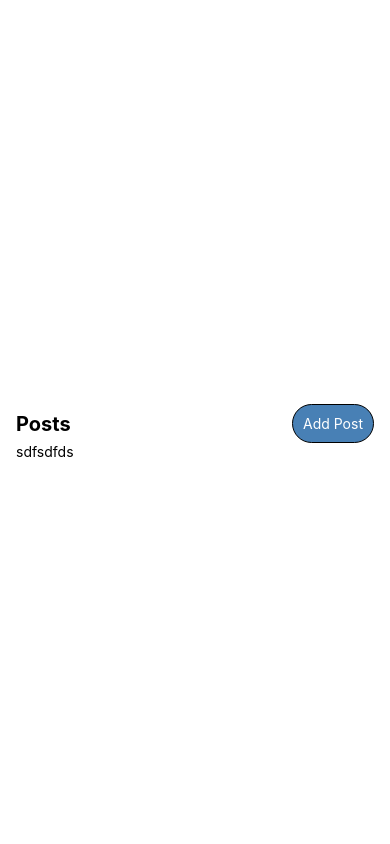
Repository: ntu34543/React-Native
Screen: / (app in demo/)
These files come from the project's save history. The screen is drawn as it stood at one moment and after the next save; the edit follows.
The page's requests for data from a server got no answer. The app was drawn by React Native's web renderer in a window 390 px wide. The project was rebuilt for these pictures with package versions that can differ from the ones it lists, and the page was loaded fresh each time. No one was signed in, and anything a server would have sent is missing. Also part of the build but not shown: demo/src/components/PostCardItem.js.

Above is the screen before, as saved 2022-09-13 15:00:01.

After the next save:
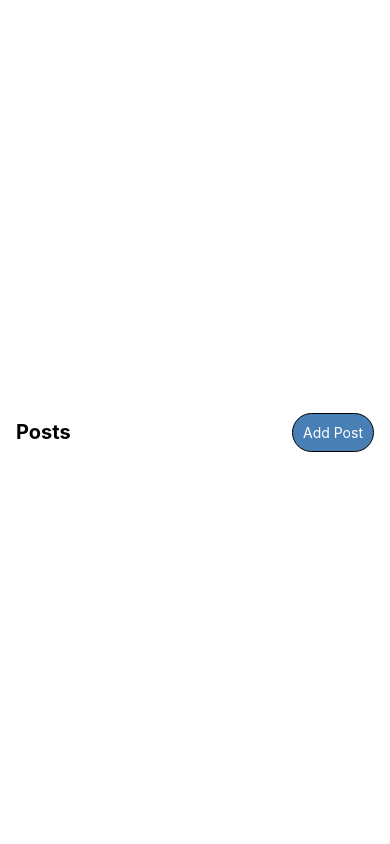
Saved 9 s later.
--- a/demo/App.js
+++ b/demo/App.js
@@ -126,7 +126,6 @@ export default function App() {
         </TouchableOpacity>
       </View>
       <View>
-        <Text>sdfsdfds</Text>
         <FlatList
         data={data}
         keyExtractor={(item, index) => item.id + index.toString()}
